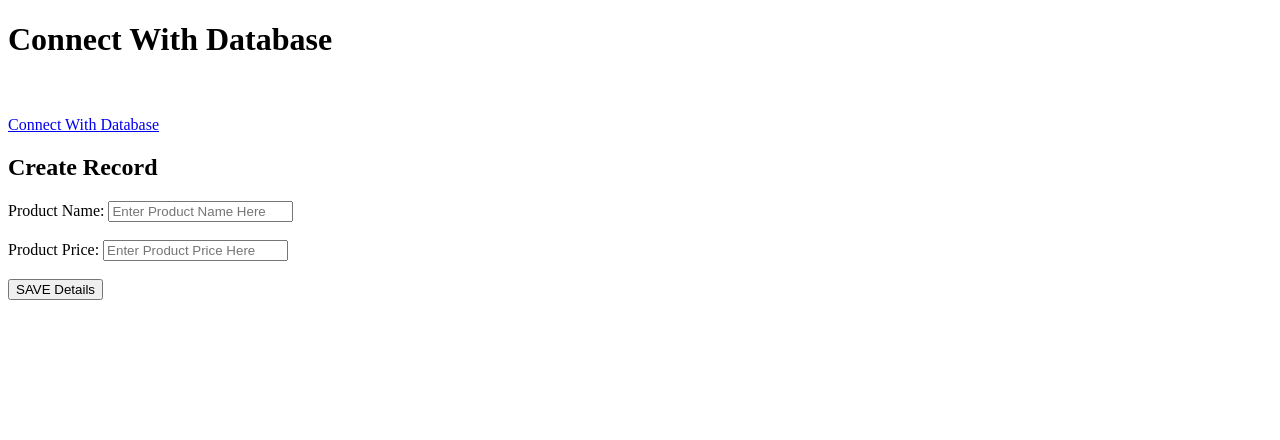
Repository: nspandey/Phase-2
Page: CRUDOperationsJDBC/src/main/webapp/index.html
These files come from the project's save history. The page is drawn as it stood at one moment and after the next save; the edit follows.
The browser window is 1280 px wide. The pictures show the whole page.

Above is the page before, as saved 2023-02-06 14:59:13.

After the next save:
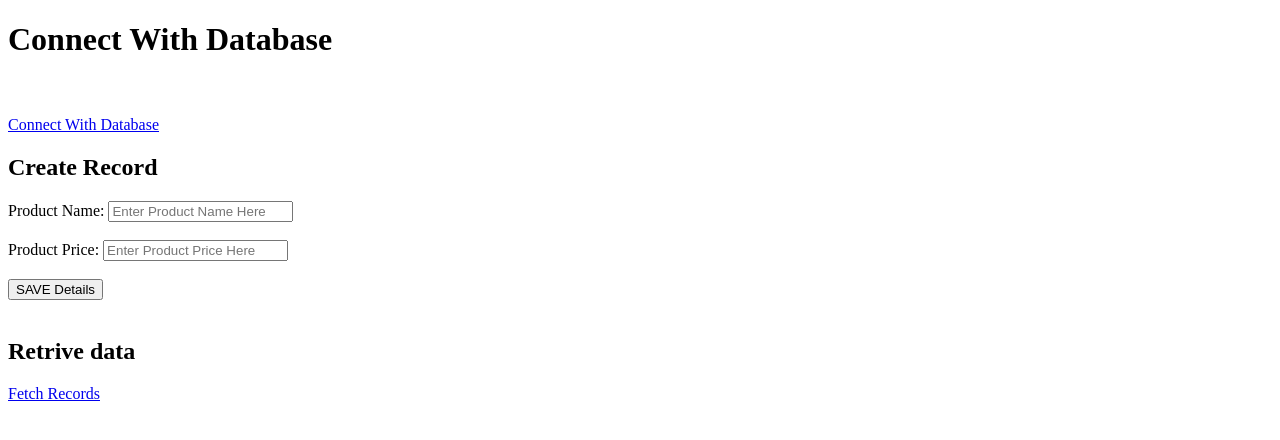
Saved 18 min 10 s later.
--- a/CRUDOperationsJDBC/src/main/webapp/index.html
+++ b/CRUDOperationsJDBC/src/main/webapp/index.html
@@ -25,6 +25,12 @@ Product Name: <input type="text" name="pname" placeholder="Enter Product Name He
 Product Price: <input type="text" name="pprice" placeholder="Enter Product Price Here"><br><br>
 
 <input type="submit" value="SAVE Details">
+
+<br>
+<br>
+
+<h2>Retrive data</h2>
+<a href="fetch">Fetch Records</a>
 </form>
 
 </body>
